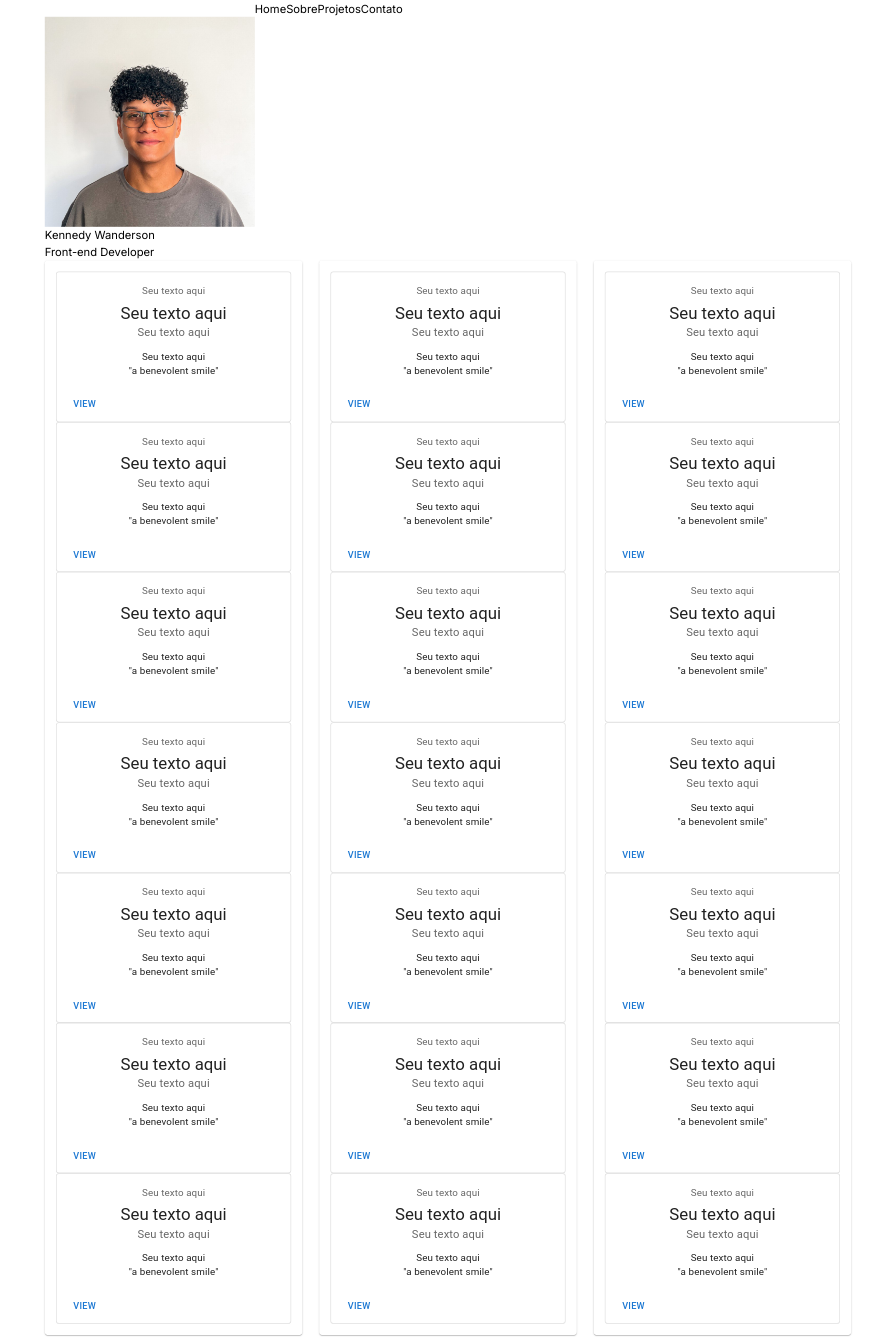
Repository: KennedyWanderson/landing
Page: /
The author's editor kept a copy of each file at every save. The page is drawn from the files as they stood at one save, then again after a run of saves.
The browser window is 1280 px wide. The pictures show the part of the page from y = 0 to 1920 px (the page is 3514 px tall before and 3450 px after), at 70% of full size.
The project was rebuilt for these pictures with package versions that can differ from the ones it lists, and the page was loaded fresh each time. The framework's server and built-in components were replaced by stand-ins that run in the browser. Also part of the build but not shown: next.config.js.

Above is the page before, as saved 2024-01-04 10:49:20.

After the next 4 saves:
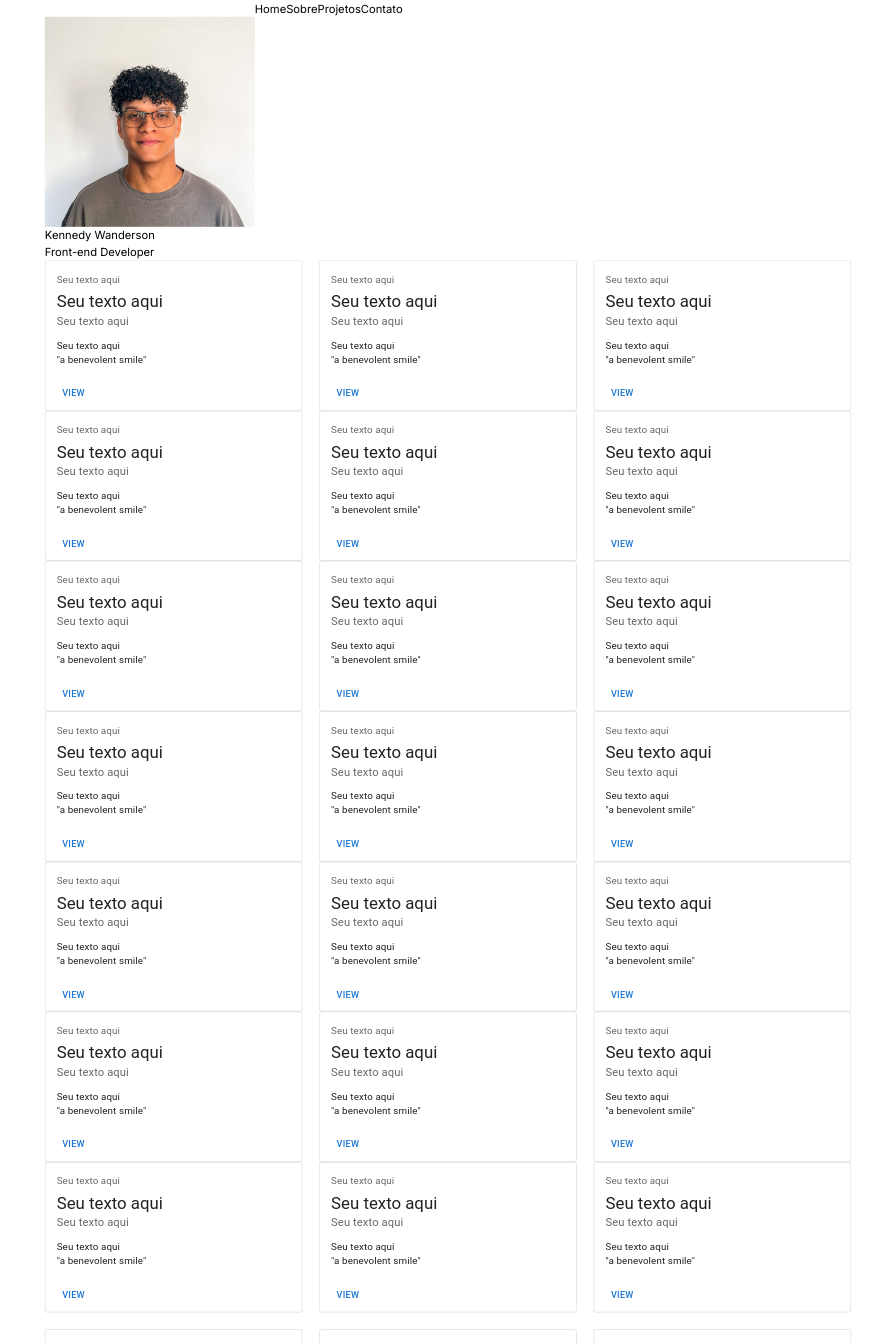
The 4 saves are shown as one change because they came seconds apart.
The last was saved 19 s later.
--- a/src/Components/About.tsx
+++ b/src/Components/About.tsx
@@ -22,11 +22,9 @@ if (typeof window !== 'undefined') {
 
 export default function ResponsiveGrid() {
     return (
-        <Box sx={{ flexGrow: 1 }}>
             <Grid container spacing={{ xs: 2, md: 3 }} columns={{ xs: 4, sm: 8, md: 12 }}>
                 {Array.from(Array(6)).map((_, index) => (
                     <Grid item xs={2} sm={4} md={4} key={index}>
-                        <Item>
                             <div className="flex flex-col items-center p-5 shadow-md rounded-xl bg-gray-100">
                                 <div className="flex items-center justify-center ">
                                     <OutlinedCard />
@@ -38,10 +36,8 @@ export default function ResponsiveGrid() {
                                     <OutlinedCard />
                                 </div>
                             </div>
-                        </Item>
                     </Grid>
                 ))}
             </Grid>
-        </Box>
     );
 }
